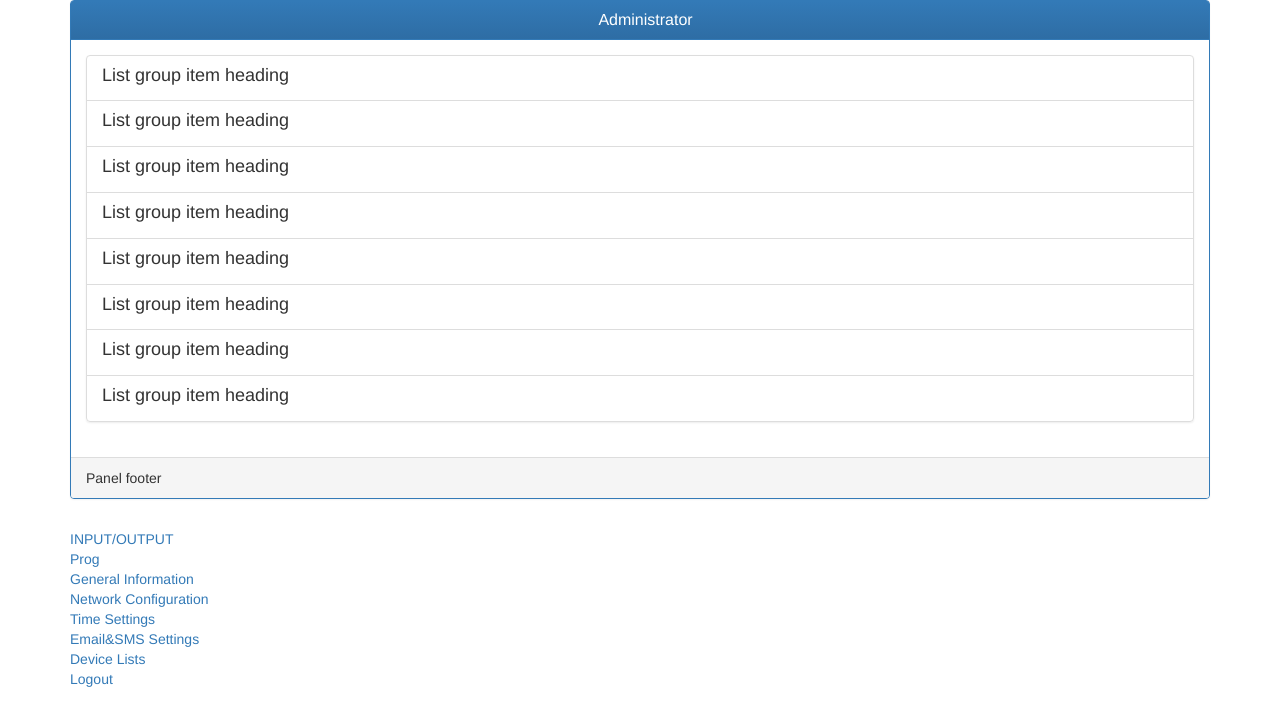
Repository: binhpham1909/EclipseCpp
Page: SwitchControler_v1/HTMLSource/admin.html
An editor plug-in stored every save of this project. The page is shown before and after the next save, followed by the edit.
The browser window is 1280 px wide. The pictures show the whole page.
The page's requests for data from a server got no answer.

Above is the page before, as saved 2017-02-09 09:00:41.

### SwitchControler_v1/HTMLSource/admin.html
<!DOCTYPE html>
<html lang="en">
<head>
<meta charset="utf-8">
<title>Administration</title>
<meta name="description" content="">
<meta name="author" content="Anh Nguyen Tuan">
<meta name="viewport" content="width=device-width, initial-scale=1">
<link rel="icon" type="image/png" href="/favicon.png">
<link rel="stylesheet" href="css/bootstrap.min.css">
<script src="js/jquery.min.js"></script>
<link rel="stylesheet" href="css/main.css">
</head>
<body>
<div class="container">
	<div class="panel panel-primary">
		<div class="panel-heading">
			<div class="input-group">
				<div class="input-group-btn"></div>
				<div class="input-group-btn">
					<h3 class="panel-title" id="lbNetworkSettings">Administrator</h3>
				</div>
			</div>
		</div>
		<div class="panel-body">
			<div class="list-group">
				<a href="gpio.html" class="list-group-item list-group-item-default">
					<h4 class="list-group-item-heading">List group item heading</h4>
				</a>
				<a href="prog.html" class="list-group-item list-group-item-default">
					<h4 class="list-group-item-heading">List group item heading</h4>
				</a>
				<a href="general.html" class="list-group-item list-group-item-default">
					<h4 class="list-group-item-heading">List group item heading</h4>
				</a>
				<a href="network.html" class="list-group-item list-group-item-default">
					<h4 class="list-group-item-heading">List group item heading</h4>
				</a>
				<a href="time.html" class="list-group-item list-group-item-default">
					<h4 class="list-group-item-heading">List group item heading</h4>
				</a>
				<a href="email.html" class="list-group-item list-group-item-default">
					<h4 class="list-group-item-heading">List group item heading</h4>
				</a>
				<a href="device.html" class="list-group-item list-group-item-default">
					<h4 class="list-group-item-heading">List group item heading</h4>
				</a>
				<a href="logout" class="list-group-item list-group-item-default">
					<h4 class="list-group-item-heading">List group item heading</h4>
				</a>
			</div>
		</div>
		<div class="panel-footer">
		Panel footer
		</div>
	</div>
</div>
<div class="container">
	<div class="eleven twelve"><h5 id="deviceName" style="text-align: center;"> </h5></div>
	<div><a class="button button-primary buttonWidth" href="gpio.html">INPUT/OUTPUT</a></div>
	<div><a class="button button-primary buttonWidth" href="prog.html">Prog</a></div>
	<div><a class="button button-primary buttonWidth" href="general.html">General Information</a></div>
	<div><a class="button button-primary buttonWidth" href="network.html">Network Configuration</a></div>
	<div><a class="button button-primary buttonWidth" href="time.html">Time Settings</a></div>
	<div><a class="button button-primary buttonWidth" href="email.html">Email&amp;SMS Settings</a></div>
	<div><a class="button button-primary buttonWidth" href="device.html">Device Lists</a></div>
	<div><a class="button button-primary buttonWidth" href="logout">Logout</a></div>
<script>
$(function() {
	$.getJSON("/getdeviceinfo", function(obj) {
		try {
			$("#deviceName").html(obj["name"]);
		} catch (err) {
		}
	});
});
</script>
</div>
</body>
</html>

### SwitchControler_v1/HTMLSource/css/main.css
html, body, .container-table {
    height: 100%;
}
.container-table {
    display: table;
}
.vertical-center-row {
    display: table-cell;
    vertical-align: middle;
}

.onoffswitch {
    position: relative; width: 110px;
    -webkit-user-select:none; -moz-user-select:none; -ms-user-select: none;
}

.onoffswitch-checkbox {
    display: none;
}

.onoffswitch-label {
    display: block; overflow: hidden; cursor: pointer;
    border: 2px solid #999999; border-radius: 20px;
}

.onoffswitch-inner {
    display: block; width: 200%; margin-left: -100%;
    transition: margin 0.3s ease-in 0s;
}

.onoffswitch-inner:before, .onoffswitch-inner:after {
    display: block; float: left; width: 50%; height: 30px; padding: 0; line-height: 30px;
    font-size: 14px; color: white; font-family: Trebuchet, Arial, sans-serif; font-weight: bold;
    box-sizing: border-box;
}

.onoffswitch-inner:before {
    content: "ON";
    padding-left: 10px;
    background-color: #34A7C1; color: #FFFFFF;
}

.onoff1switch-inner:before {
    content: "ON";
    padding-left: 10px;
    background-color: #E80F0F; color: #FFFFFF;
}


.onoffswitch-inner:after {
    content: "OFF";
    padding-right: 10px;
    background-color: #EEEEEE; color: #999999;
    text-align: right;
}
.alarmDisarm:before{
	content: "Alarm";
}
.alarmDisarm:after{
	content: "Disarm";
}
.armedDisarmed:before{
	content: "Armed";
}
.armedDisarmed:after{
	content: "Disarmed";
}
.openClose:before{
	content: "Open";
}
.openClose:after{
	content: "Closed";
}
.redBgrd-inner:before{
	 background-color: #FF0000;
}
.redBgrd-inner:after{
	 background-color: #EEEEEE;
}
.okLowBatt:before{
	content: "OK";
	background-color: #04ff00;
}
.okLowBatt:after{
	content: "Low BATT";
	background-color: #ffee00;
}
.onoffswitch-switch {
    display: block; width: 18px; margin: 6px;
    background: #FFFFFF;
    position: absolute; top: 0; bottom: 0;
    right: 76px;
    border: 2px solid #999999; border-radius: 20px;
    transition: all 0.3s ease-in 0s;
}

.onoffswitch-checkbox:checked + .onoffswitch-label .onoffswitch-inner {
    margin-left: 0;
}

.onoffswitch-checkbox:checked + .onoffswitch-label .onoffswitch-switch {
    right: 0px;
}

.onoffswitch-checkbox:disabled + .onoffswitch-label .onoffswitch-switch {
	display: none;
	transition: all 0s ease-in 0s;
    -webkit-transition: none;
    transition: none;
}
fieldset.withBorder {
	border-width: 1px;
	padding-left: 10px;
	padding-right: 10px;
	padding-bottom: 10px;
}
legend.withBorder {
	padding-left: 5px;
	padding-right: 5px;
	font-size: 110%;
	color: #222;
}
.buttonWidth {
	width: 100%;
}
.backButton {
	width: 40px;
	padding: 0px;
	border: 0px;
}
.titleBar {
	font-weight: 300;
	font-size: 1.8rem;
	letter-spacing: -.05rem;
	padding-left: 8px;
}
.errorMessage {
	color: #ff0000;
	display: none;
	padding: 0;
	margin-top: 0;
}
.infoMessage {
	color: #006600;
	display: none;
	padding: 0;
	margin-top: 0;
}
.press{
	width:80px;
	height:80px;
	border-radius: 50%;
	line-height: 80px;
	box-sizing: border-box;
	padding: 0px;
}

Loaded but not shown: SwitchControler_v1/HTMLSource/css/bootstrap.min.css (library); SwitchControler_v1/HTMLSource/js/jquery.min.js (library)

After the next save:
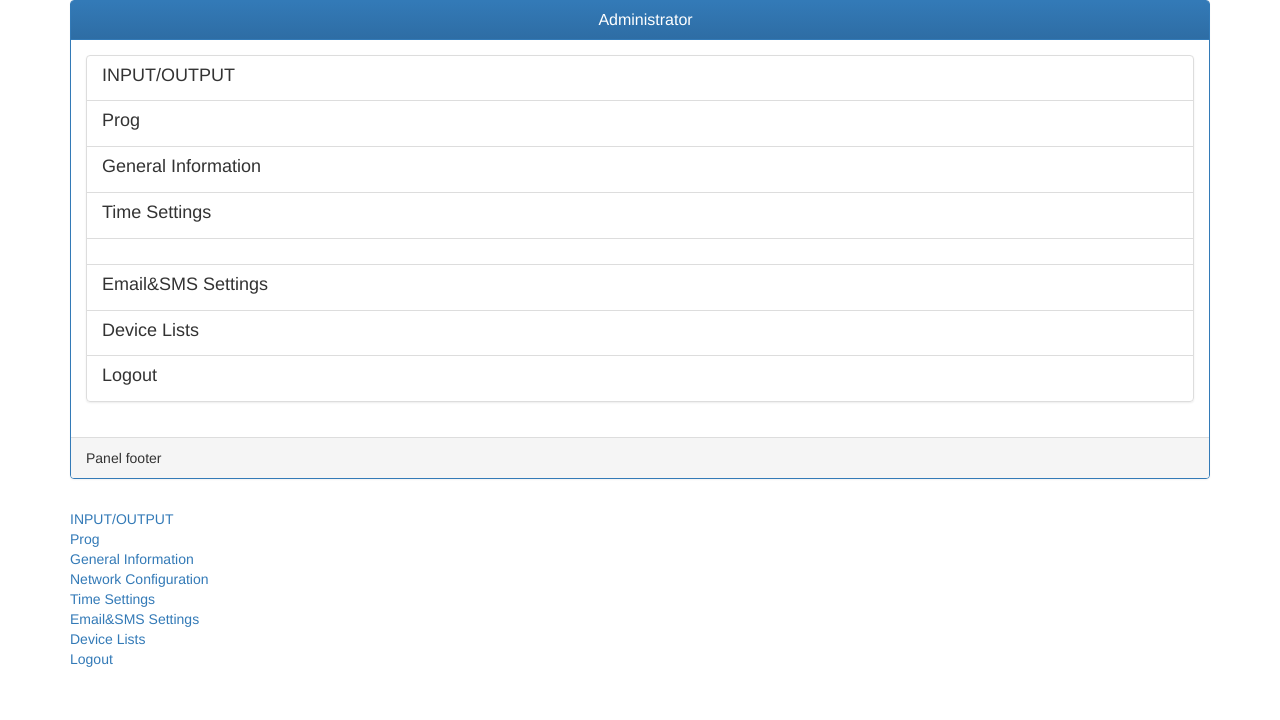
Saved 2 min 1 s later.
--- a/SwitchControler_v1/HTMLSource/admin.html
+++ b/SwitchControler_v1/HTMLSource/admin.html
@@ -25,28 +25,28 @@
 		<div class="panel-body">
 			<div class="list-group">
 				<a href="gpio.html" class="list-group-item list-group-item-default">
-					<h4 class="list-group-item-heading">List group item heading</h4>
+					<h4 class="list-group-item-heading">INPUT/OUTPUT</h4>
 				</a>
 				<a href="prog.html" class="list-group-item list-group-item-default">
-					<h4 class="list-group-item-heading">List group item heading</h4>
+					<h4 class="list-group-item-heading">Prog</h4>
 				</a>
 				<a href="general.html" class="list-group-item list-group-item-default">
-					<h4 class="list-group-item-heading">List group item heading</h4>
+					<h4 class="list-group-item-heading">General Information</h4>
 				</a>
 				<a href="network.html" class="list-group-item list-group-item-default">
-					<h4 class="list-group-item-heading">List group item heading</h4>
+					<h4 class="list-group-item-heading">Time Settings</h4>
 				</a>
 				<a href="time.html" class="list-group-item list-group-item-default">
-					<h4 class="list-group-item-heading">List group item heading</h4>
+					<h4 class="list-group-item-heading"></h4>
 				</a>
 				<a href="email.html" class="list-group-item list-group-item-default">
-					<h4 class="list-group-item-heading">List group item heading</h4>
+					<h4 class="list-group-item-heading">Email&amp;SMS Settings</h4>
 				</a>
 				<a href="device.html" class="list-group-item list-group-item-default">
-					<h4 class="list-group-item-heading">List group item heading</h4>
+					<h4 class="list-group-item-heading">Device Lists</h4>
 				</a>
 				<a href="logout" class="list-group-item list-group-item-default">
-					<h4 class="list-group-item-heading">List group item heading</h4>
+					<h4 class="list-group-item-heading">Logout</h4>
 				</a>
 			</div>
 		</div>
